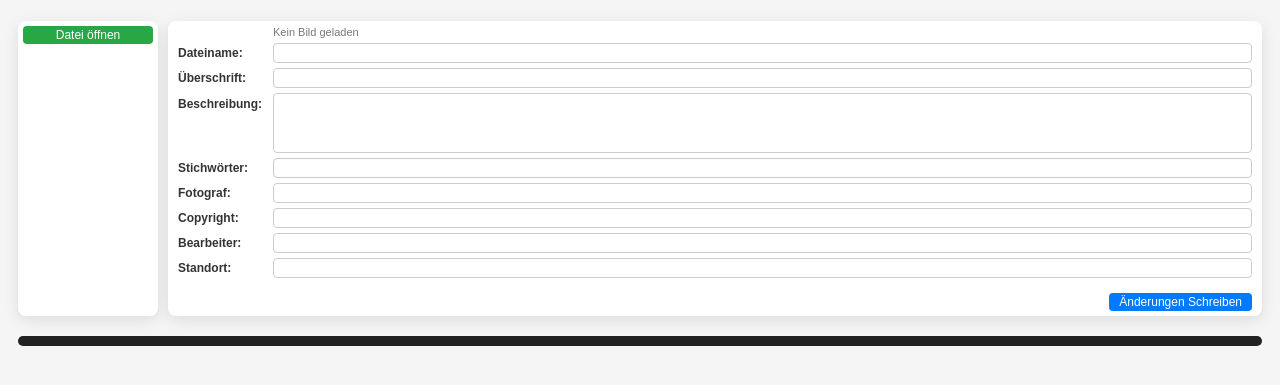
Repository: h-fahle/metadata
Page: ui/index.html
An editor plug-in stored every save of this project. The page is shown before and after the next save, followed by the edit.
The browser window is 1280 px wide. The pictures show the whole page.

Above is the page before, as saved 2026-08-17 13:53:42.

### ui/index.html
<!DOCTYPE html>
<html lang="de">

<head>
	<meta charset="UTF-8">
	<title>Tauri ExifTool Test</title>
	<link rel="stylesheet" href="style.css">
</head>

<body>

	<div class="main-container">

		<!-- Das Vorschaubild links -->
		<div id="sidebar">
			<button id="file-open" onclick="dateiAuswählen()">Datei öffnen</button>
			<img id="vorschau-bild" src="" style="display:none;" />
			<div id="bild-info" style="text-align:center;">
				<span id="img-nummer"></span><br>
				<span id="img-datum"></span><br>
				<span id="img-groesse"></span>
			</div>
		</div>

		<!-- Das Formular rechts -->
		<form action="" method="post">

			<div id="ordner-pfad">Kein Bild geladen</div>

			<p>
				<label for="filename">Dateiname:</label>
				<input type="text" id="filename" name="filename" title="Im Einzelmodus: Änderung des Dateinamens bewirkt Umbenennung der Datei.
Im Stapelmodus: Ordnername is nicht änderbar." />
			</p>
			<p>
				<label for="caption">Überschrift:</label>
				<input type="text" id="caption" name="caption" title="Auch (Dokument-)Titel, Schlagzeile, Headline" />
			</p>
			<p>
				<label for="description">Beschreibung:</label>
				<textarea id="description" name="description" style="min-height: 60px;" title="Beschreibender Text in beliebiger Länge.
(Im Stapelmodus wird der eingegebene Text an vorhandenen angehängt.)
Hinweis: Einige Programme zeigen nur 2.000 Zeichen oder auch weniger an."></textarea>
			</p>
			<p>
				<label for="keywords">Stichwörter:</label>
				<input type="text" id="keywords" name="keywords" title="Komma-separierte Liste. Groß-/Kleinschreibung beachten.
Im Stapelmodus werden die eingegebenen Stichwörter an vorhandene angehängt." />
			</p>
			<p>
				<label for="creator">Fotograf:</label>
				<input type="text" id="creator" name="creator" title="Urheber, Ersteller, Autor
(Tags: Artitst, Creator, By-line)" />
			</p>
			<p>
				<label for="copyright">Copyright:</label>
				<input type="text" id="copyright" name="copyright" title="Urheberrechtshinweis; enthält in der Regel:
Name des Fotografen, Aufnahmejahr und Nutzungsrechte;
(z.B. 'Copyright [1975] [Mustermann], Alle Rechte vorbehalten')" />
			</p>
			<p>
				<label for="editor">Bearbeiter:</label>
				<input type="text" id="editor" name="editor" title="Verfasser der Metadaten
(Tags: Caption Writer, Writer Editor)" />
			</p>
			<p>
				<label for="position">Standort:</label>
				<input type="text" id="position" name="position" title="GPS-Koordinaten in Dezimalgrad (51.49129, 8.43317).
Ermitteln der Koordinaten in der Google Maps-Karte:
  1. mit rechter Maustaste auf den Standort klicken,
  2. auf die angezeigten Koordinaten klicken,
  3. der so gespeicherte Wert kann dann mit Strg+V kopiert werden." />
			</p>

			<!-- NEU: Der Speichern-Button am Ende des Formular-Containers -->
			<div style="text-align: right; margin-top: 15px;">
				<button onclick="exifSchreiben(event)" style="background: #007BFF;">Änderungen Schreiben</button>
			</div>

		</form>
	</div> <!-- Ende des main-containers -->

	<div id="ausgabe"></div>

	<script>

		let aktuellerBildPfad = "";

		async function dateiAuswählen() {
			try {
				const ergebnis = await window.__TAURI__.core.invoke('plugin:dialog|open', {
					options: {
						title: 'Bilddatei für ExifTool auswählen',
						directory: false,
						multiple: false,
						filters: [
							{ name: 'Bilder', extensions: ['jpg', 'jpeg', 'png', 'gif', 'tif', 'tiff', 'webp', 'avif', 'heic', 'heif'] }
						]
					}
				});

				// Wenn der Nutzer nicht abgebrochen hat (ergebnis ist nicht null)
				if (ergebnis) {
					// Falls das Ergebnis ein Objekt ist (z.B. { path: "..." }), holen wir den Pfad heraus,
					// ansonsten nehmen wir den String direkt.
					const pfad = typeof ergebnis === 'object' ? ergebnis.path : ergebnis;

					aktuellerBildPfad = pfad;

					// Sofort automatisch die Metadaten einlesen!
					exifAuslesen();
				}
			} catch (fehler) {
				document.getElementById("ausgabe").innerHTML = "<span style='color: red;'>Dialog-Fehler: " + fehler + "</span>";
			}
		}

		async function exifAuslesen() {
			const pfad = aktuellerBildPfad;
			const ausgabe = document.getElementById("ausgabe");
			const vorschauImg = document.getElementById("vorschau-bild");


			ausgabe.innerText = "Rufe ExifTool auf...";

			try {
				// 1. Metadaten über Rust holen
				const jsonText = await window.__TAURI__.core.invoke('lese_bild_metdaten', { dateipfad: pfad });
				const datenObjekt = JSON.parse(jsonText)[0]; 	// Das 1. JSON-Objekt im JSON-Array in JS-Objekt umwandeln

				document.getElementById('img-nummer').innerText = '# 0/0';
				document.getElementById('img-datum').innerText = '\u{1F4F7} ' + datenObjekt.DateTimeOriginal || '';
				document.getElementById('img-groesse').innerText = '⤢ ' + datenObjekt.ImageSize || '';

				document.getElementById('filename').value = datenObjekt.FileName || '';
				document.getElementById('caption').value = datenObjekt.CMB_Caption || '';
				document.getElementById('description').value = datenObjekt.Description || '';
				document.getElementById('keywords').value = datenObjekt.Keywords || '';
				document.getElementById('creator').value = datenObjekt.Creator || '';
				document.getElementById('copyright').value = datenObjekt.Copyright || '';
				document.getElementById('editor').value = datenObjekt.CMB_Editor || '';
				document.getElementById('position').value = datenObjekt.GPSPosition || '';

				const vollerPfad = pfad;
				// Erkennt automatisch Linux-Schrägstriche (/) und Windows-Backslashes (\)
				const letzterSlash = Math.max(vollerPfad.lastIndexOf('/'), vollerPfad.lastIndexOf('\\'));
				let ordner = "Unbekannt";
				if (letzterSlash !== -1) {
					ordner = vollerPfad.substring(0, letzterSlash);
				}
				// Den berechneten Ordnerpfad in das neue Label schreiben
				document.getElementById('ordner-pfad').innerText = ordner;

				// Wir nehmen das erste Element der Liste (ExifTool liefert immer ein Array)
				// und stellen es schön formatiert im Browser dar
				// ausgabe.innerText = JSON.stringify(datenObjekt[0], null, 2);
				ausgabe.innerText = jsonText;

				// Wir fragen Rust nach dem besten Weg für das Bild
				const vorschauErgebnis = await window.__TAURI__.core.invoke('hole_vorschaubild', { dateipfad: pfad });

				if (vorschauErgebnis === "STANDARD") {
					// Normales JPG/PNG über das Asset-Protokoll
					const assetUrl = window.__TAURI__.core.convertFileSrc(pfad);
					vorschauImg.src = assetUrl + "?t=" + new Date().getTime();
				} else if (vorschauErgebnis.startsWith("data:[embedded picture, 23 characters]")) {
					// TIF/TIFF über den im RAM kompilierten Rust-Wandler
					vorschauImg.src = vorschauErgebnis;
				}

				vorschauImg.style.display = "block";

			} catch (fehler) {
				ausgabe.innerHTML = "<span style='color: red;'>Fehler: " + fehler + "</span>";
				vorschauImg.style.display = "none";
				infoText.innerText = "Fehler beim Laden";
			}
		}

		async function exifSchreiben(ereignis) {
			if (ereignis) ereignis.preventDefault();  // verbietet dem Browser den automatischen Seiten-Reset!

			const pfad = aktuellerBildPfad;
			const ausgabe = document.getElementById("ausgabe");

			ausgabe.innerText = "Speichere Daten über ExifTool...";

			// Wir sammeln alle aktuellen Werte aus den Eingabefeldern ein
			const daten = {
				dateipfad: pfad,
				filename: document.getElementById('filename').value,
				caption: document.getElementById('caption').value,
				description: document.getElementById('description').value,
				keywords: document.getElementById('keywords').value.split(',').map(s => s.trim()).join(', '),
				creator: document.getElementById('creator').value,
				copyright: document.getElementById('copyright').value,
				editor: document.getElementById('editor').value,
				gps: document.getElementById('position').value
			};

			try {
				// Wir schicken das gesamte Paket an die Rust-Funktion 'schreibe_bild_metdaten'
				const antwort = await window.__TAURI__.core.invoke('schreibe_bild_metdaten', daten);

				// Bei Erfolg zeigen wir die Meldung in grüner Schrift an
				ausgabe.innerHTML = "<span style='color: #00ff00;'>" + antwort + "</span>";

				// 2. Da der Pfad dank preventDefault() jetzt bombenfest im Feld stehen bleibt,
				// funktioniert das Neuladen nun augenblicklich und fehlerfrei!
				await exifAuslesen();

			} catch (fehler) {
				// Falls etwas schiefgeht (z.B. Datei schreibgeschützt), zeigen wir den Fehler an
				ausgabe.innerHTML = "<span style='color: red;'>Fehler beim Speichern: " + fehler + "</span>";
			}
		}

	</script>
</body>

</html>

### ui/style.css
body {
	font-family: sans-serif;
	font-size:12px;
	padding: 3px 10px;
	background: #f5f5f5;
}

button {
	padding: 2px 10px;
	font-size: 12px;
	cursor: pointer;
	background: #28a745;
	color: white;
	border: none;
	border-radius: 4px;
}

#ausgabe {
	margin-top: 20px;
	background: #222;
	color: #00ff00;
	padding: 5px;
	border-radius: 5px;
	font-family: monospace;
	white-space: pre-wrap;
	overflow-x: auto;
}
input#bildpfad {
	width: 350px;
}

/* Der neue Haupt-Container für die Nebeneinander-Ausrichtung */
.main-container {
	margin-top: 10px;
	display: flex;
	flex-direction: row;  /* Elemente nebeneinander */
	gap: 10px;            /* Abstand zwischen Bild und Formular */
	width: 100%;
	box-sizing: border-box;
}

/* Styling für den Bild-Bereich */
#sidebar {
	width: 140px;
	min-width: 140px;

	display: flex;
	flex-direction: column;
  	align-items: center;
  	justify-content: flex-start;

	padding-top: 5px;
	background-color: #ffffff;
	border-radius: 8px;
	box-shadow: 0 4px 15px rgba(0, 0, 0, 0.1);
}
#file-open {
	 width: 130px;
	 margin-bottom: 10px;
}
#vorschau-bild {
	width: 130px;
	height: auto;
	border: 1px outset gray;
}

/* Container des Formulars */
form {
	flex-grow: 1;
	margin: 0;
	padding: 5px 10px;
	background-color: #ffffff;
	border-radius: 8px;
	box-shadow: 0 4px 15px rgba(0, 0, 0, 0.1);
	font-family: Arial, sans-serif;
}

form p {
	display: flex;
	align-items: center;
	margin: 6px 0;       /* Geringer Zeilenabstand */
	width: 100%;
	margin-top: 5px;    /* Kleiner Abstand nach oben */
	margin-bottom: 5px; /* Kleiner Abstand nach unten */
}

label[for="description"] {
    align-self: flex-start;  /* DIESE ZEILE IST DIE RETTUNG: Richtet NUR dieses Label oben aus! */
    margin-top: 4px;         /* Feinjustierung, damit es perfekt auf der Linie der ersten Textzeile liegt */
}


/* Feste Breite für die Labels + Linksbündig */
label {
	display: inline-block;
	width: 95px;
	text-align: left;
	font-weight: bold;
	color: #333333;
	flex-shrink: 0; /* Verhindert, dass der Text zusammengedrückt wird */
}

#ordner-pfad {
	margin-left: 95px;
	margin-bottom: 2px;
	color: #777777;
	font-size: 11px;
	font-family: Arial, sans-serif;
}

/* Eingabefelder füllen den restlichen Platz der Zeile aus */
input[type="text"],
textarea {
	flex-grow: 1; /* Alle Felder starten exakt an der gleichen Linie */
	width: 100%;
	min-width: 0;
	padding: 2px;
	border: 1px solid #cccccc;
	border-radius: 4px;
	box-sizing: border-box;
	font-size: 12px;
}
textarea {
    /* DIESE BEIDEN ZEILEN LÖSEN DAS LINUX-PROBLEM ENDGÜLTIG: */
    field-sizing: content;   /* Die Box wächst automatisch zeilenweise mit! */
    overflow: hidden;        /* Schaltet Scrollbalken und damit den Bug komplett ab */
    resize: none;            /* Der Nutzer muss nicht mehr manuell ziehen */
}

/* Aktives Feld bei Klick */
input:focus,
textarea:focus {
	border-color: #007BFF;
	outline: none;
	box-shadow: 0 0 5px rgba(0, 123, 255, 0.5);
}

/* Der Absendeknopf richtet sich nach den Eingabefeldern aus */
.button-group {
	display: flex;
	justify-content: flex-end;
}

button[type="submit"] {
	width: 200px;
	padding: 12px;
	background-color: #007BFF;
	color: white;
	border: none;
	border-radius: 4px;
	font-size: 16px;
	cursor: pointer;
	transition: background-color 0.3s ease;
}
button[type="submit"]:hover {
	background-color: #0056b3;
}

After the next save:
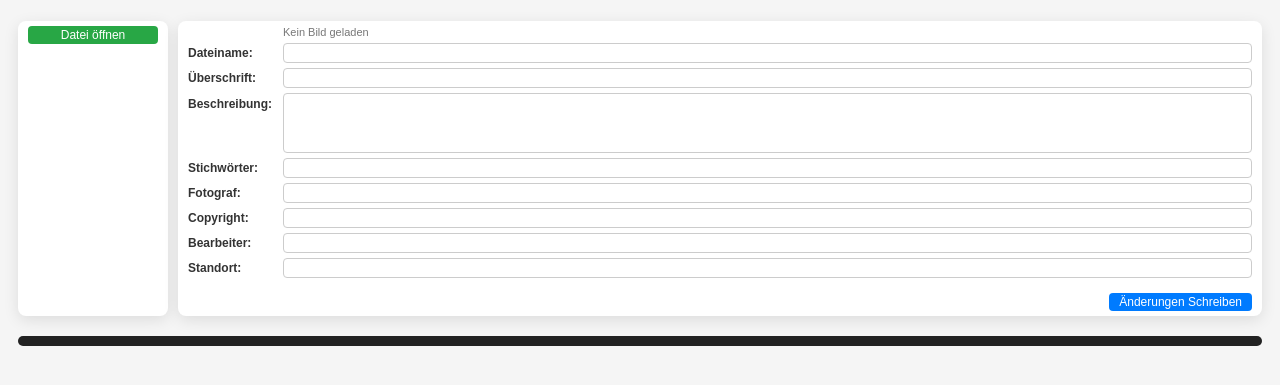
Saved 112 s later.
--- a/ui/style.css
+++ b/ui/style.css
@@ -49,7 +49,7 @@ input#bildpfad {
   	align-items: center;
   	justify-content: flex-start;
 
-	padding-top: 5px;
+	padding: 5px;
 	background-color: #ffffff;
 	border-radius: 8px;
 	box-shadow: 0 4px 15px rgba(0, 0, 0, 0.1);

After the save that followed:
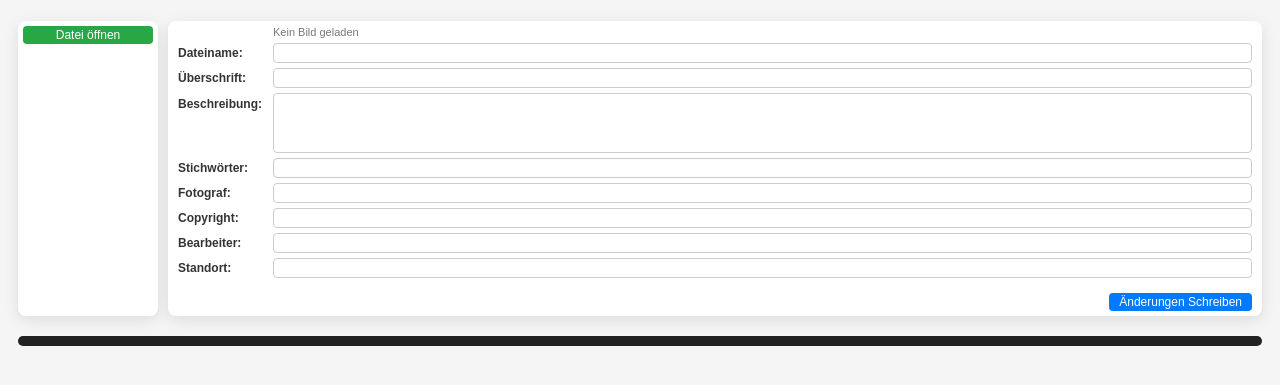
Saved 62 s later.
--- a/ui/style.css
+++ b/ui/style.css
@@ -41,8 +41,8 @@ input#bildpfad {
 
 /* Styling für den Bild-Bereich */
 #sidebar {
-	width: 140px;
-	min-width: 140px;
+	width: 130px;
+	min-width: 130px;
 
 	display: flex;
 	flex-direction: column;
